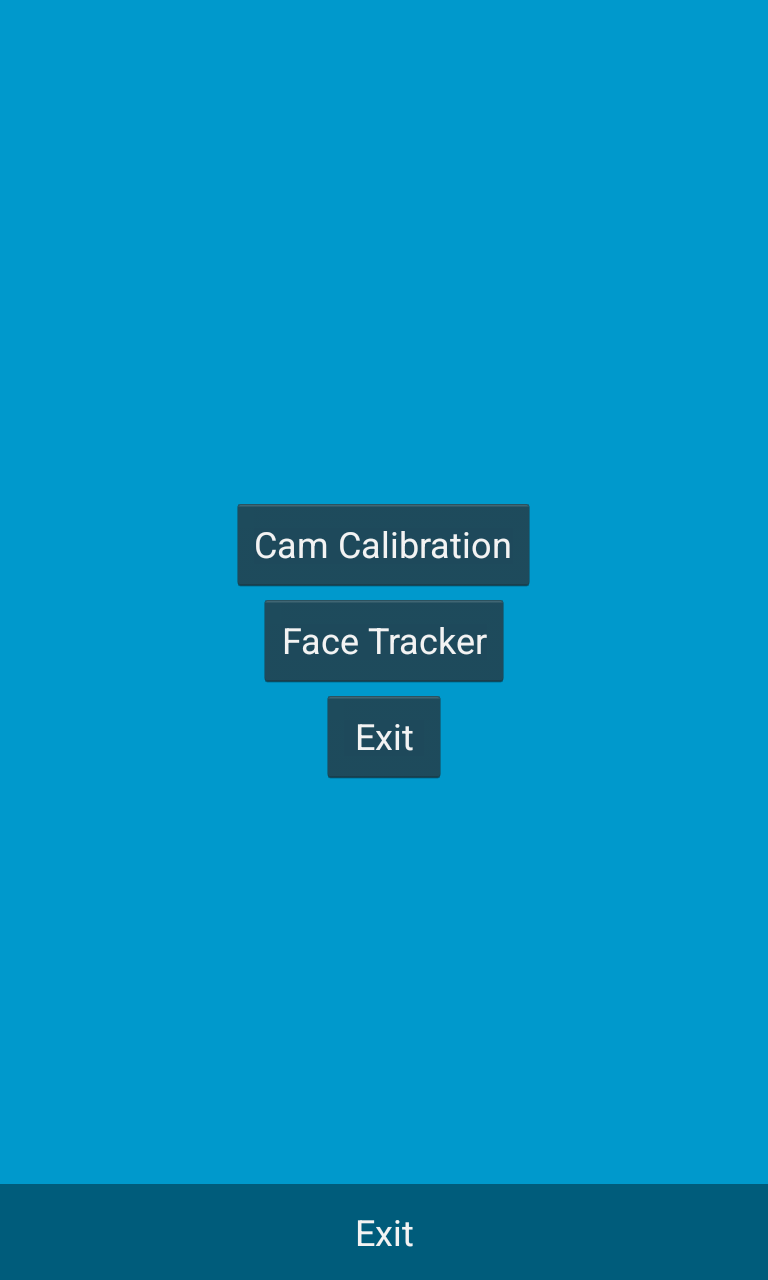
Repository: anuragawasthi89/AndroidImageProcessing
Layout: CVProcessor/res/layout/activity_main_window.xml
An editor plug-in stored every save of this project. The layout is shown before and after the next save, followed by the edit.
It is drawn on a 768 x 1280 px phone screen (xhdpi) without system bars, with theme FullscreenTheme; the app's code is not run.

Above is the layout before, as saved 2014-02-07 20:38:54.

### CVProcessor/res/layout/activity_main_window.xml
<FrameLayout xmlns:android="http://schemas.android.com/apk/res/android"
    xmlns:tools="http://schemas.android.com/tools"
    android:layout_width="match_parent"
    android:layout_height="match_parent"
    android:background="#0099cc"
    tools:context=".MainWindow" >

    <!--
         The primary full-screen view. This can be replaced with whatever view
         is needed to present your content, e.g. VideoView, SurfaceView,
         TextureView, etc.
    -->

    <LinearLayout
        android:id="@+id/fullscreen_content"
        android:layout_width="match_parent"
        android:layout_height="match_parent"
        android:gravity="center"
        android:keepScreenOn="true"
        android:orientation="vertical">

		<Button
		   android:id="@+id/view_camera_calibration_button"
		   android:layout_width="wrap_content"
		   android:layout_height="wrap_content"
		   android:text="@string/view_camera_calibration_button" />

		<Button
		   android:id="@+id/face_tracking_button"
		   android:layout_width="wrap_content"
		   android:layout_height="wrap_content"
		   android:text="@string/face_tracking_button" />

		<Button
		   android:id="@+id/exit_button"
		   android:layout_width="wrap_content"
		   android:layout_height="wrap_content"
		   android:text="@string/exit_button" />

        </LinearLayout>

    <!--
         This FrameLayout insets its children based on system windows using
         android:fitsSystemWindows.
    -->

    <FrameLayout
        android:layout_width="match_parent"
        android:layout_height="match_parent"
        android:fitsSystemWindows="true" >

        <LinearLayout
            android:id="@+id/fullscreen_content_controls"
            style="?buttonBarStyle"
            android:layout_width="match_parent"
            android:layout_height="wrap_content"
            android:layout_gravity="bottom|center_horizontal"
            android:background="@color/black_overlay"
            android:orientation="horizontal"
            tools:ignore="UselessParent" >

            <Button
                android:id="@+id/exit_button"
                style="?buttonBarButtonStyle"
                android:layout_width="0dp"
                android:layout_height="wrap_content"
                android:layout_weight="1"
                android:text="@string/exit_button" />
        </LinearLayout>
    </FrameLayout>

</FrameLayout>

### CVProcessor/res/values/strings.xml
<?xml version="1.0" encoding="utf-8"?>
<resources>

    <string name="app_name">CV Processor</string>
    <string name="exit_button">Exit</string>
    <string name="dummy_content">DUMMY\nCONTENT</string>
    <string name="view_camera_calibration_button">Cam Calibration</string>
    <string name="face_tracking_button">Face Tracker</string>

    <string name="main_menu_button">Main Menu</string>

</resources>

Loaded but not shown: CVProcessor/res/values-v11/styles.xml (common file); CVProcessor/res/values/styles.xml (common file); CVProcessor/res/values/colors.xml (common file)

After the next save:
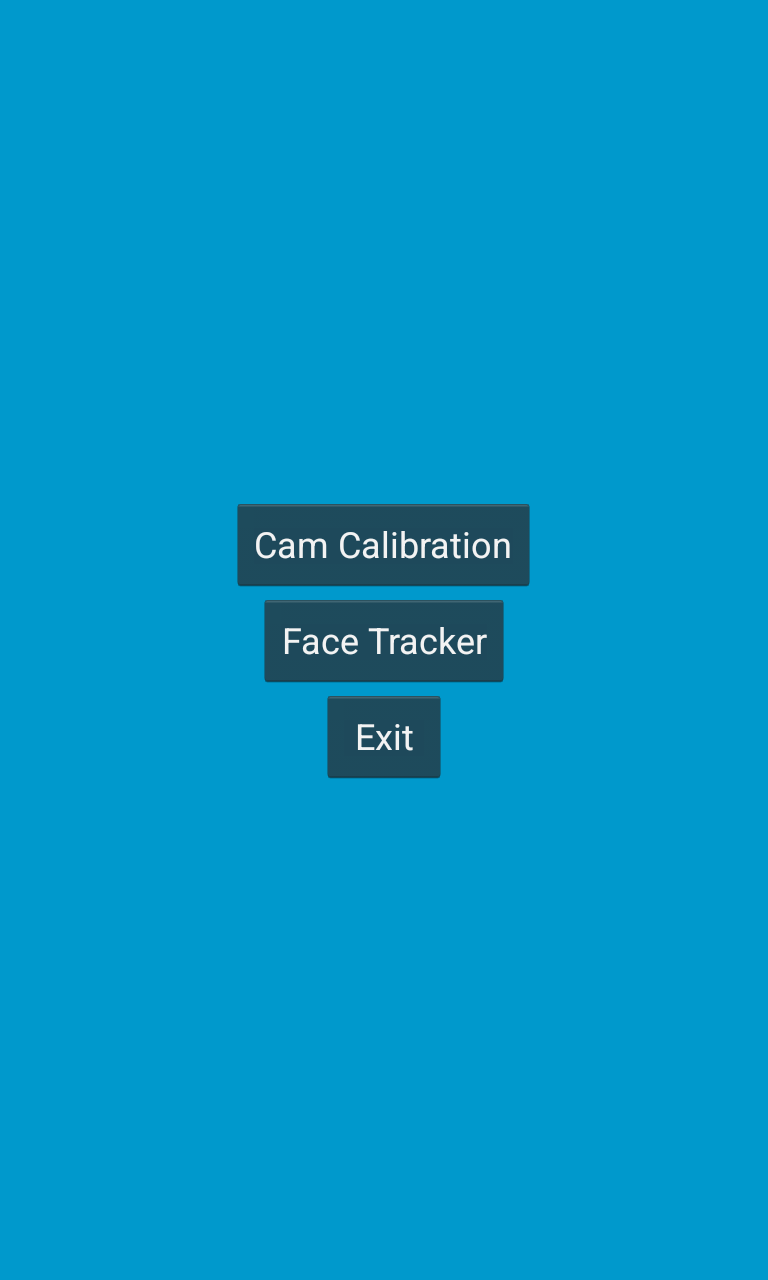
Saved 17 s later.
--- a/CVProcessor/res/layout/activity_main_window.xml
+++ b/CVProcessor/res/layout/activity_main_window.xml
@@ -39,34 +39,4 @@
 
         </LinearLayout>
 
-    <!--
-         This FrameLayout insets its children based on system windows using
-         android:fitsSystemWindows.
-    -->
-
-    <FrameLayout
-        android:layout_width="match_parent"
-        android:layout_height="match_parent"
-        android:fitsSystemWindows="true" >
-
-        <LinearLayout
-            android:id="@+id/fullscreen_content_controls"
-            style="?buttonBarStyle"
-            android:layout_width="match_parent"
-            android:layout_height="wrap_content"
-            android:layout_gravity="bottom|center_horizontal"
-            android:background="@color/black_overlay"
-            android:orientation="horizontal"
-            tools:ignore="UselessParent" >
-
-            <Button
-                android:id="@+id/exit_button"
-                style="?buttonBarButtonStyle"
-                android:layout_width="0dp"
-                android:layout_height="wrap_content"
-                android:layout_weight="1"
-                android:text="@string/exit_button" />
-        </LinearLayout>
-    </FrameLayout>
-
 </FrameLayout>
